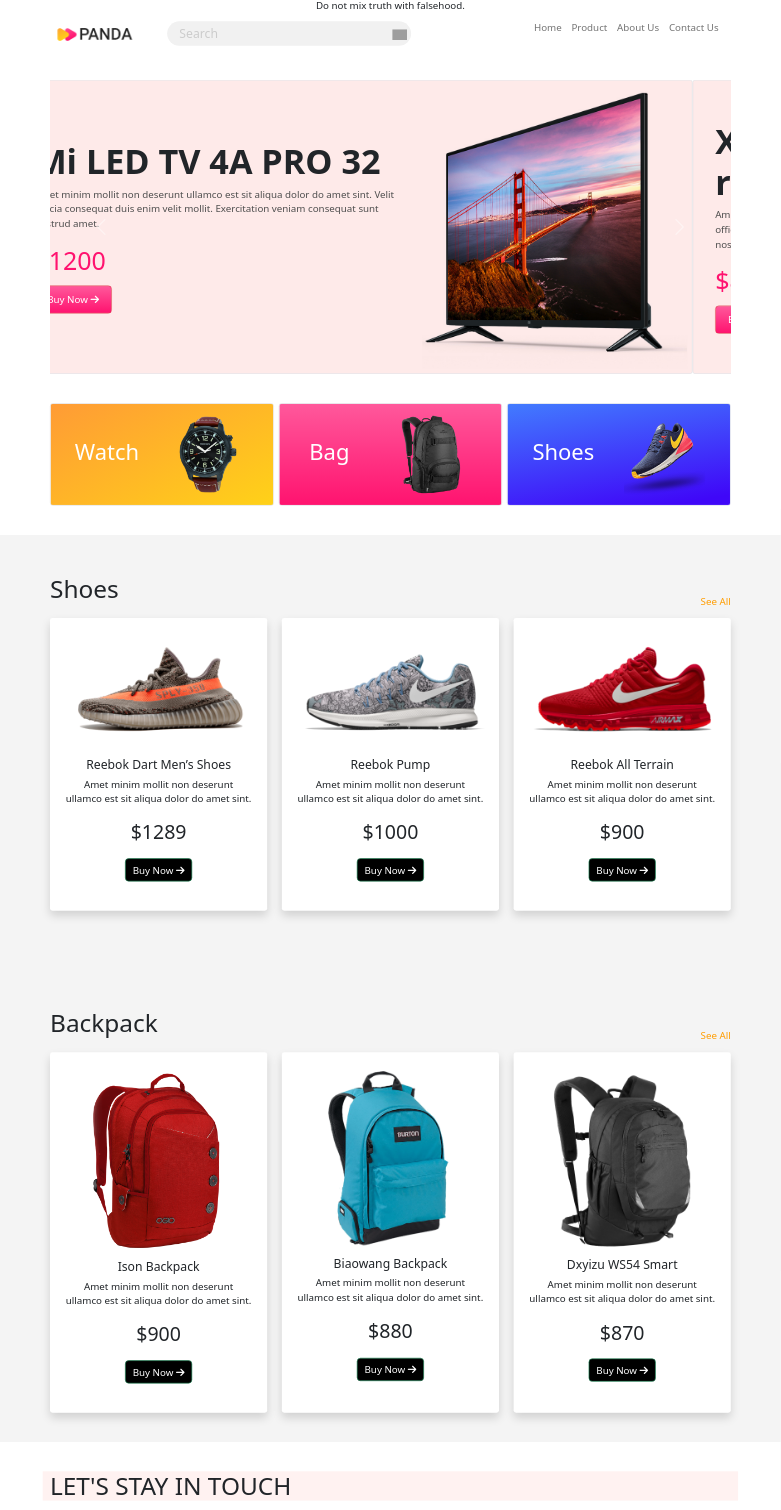
Repository: zjria/panda-e-commerce-
Page: index.html
An editor plug-in stored every save of this project. The page is shown before and after the next save, followed by the edit.
The browser window is 1280 px wide. The pictures show the whole page, at 61% of full size.
Pictures or frames that could not be fetched are drawn as grey boxes.

Above is the page before, as saved 2022-10-04 10:19:16.

After the next save:
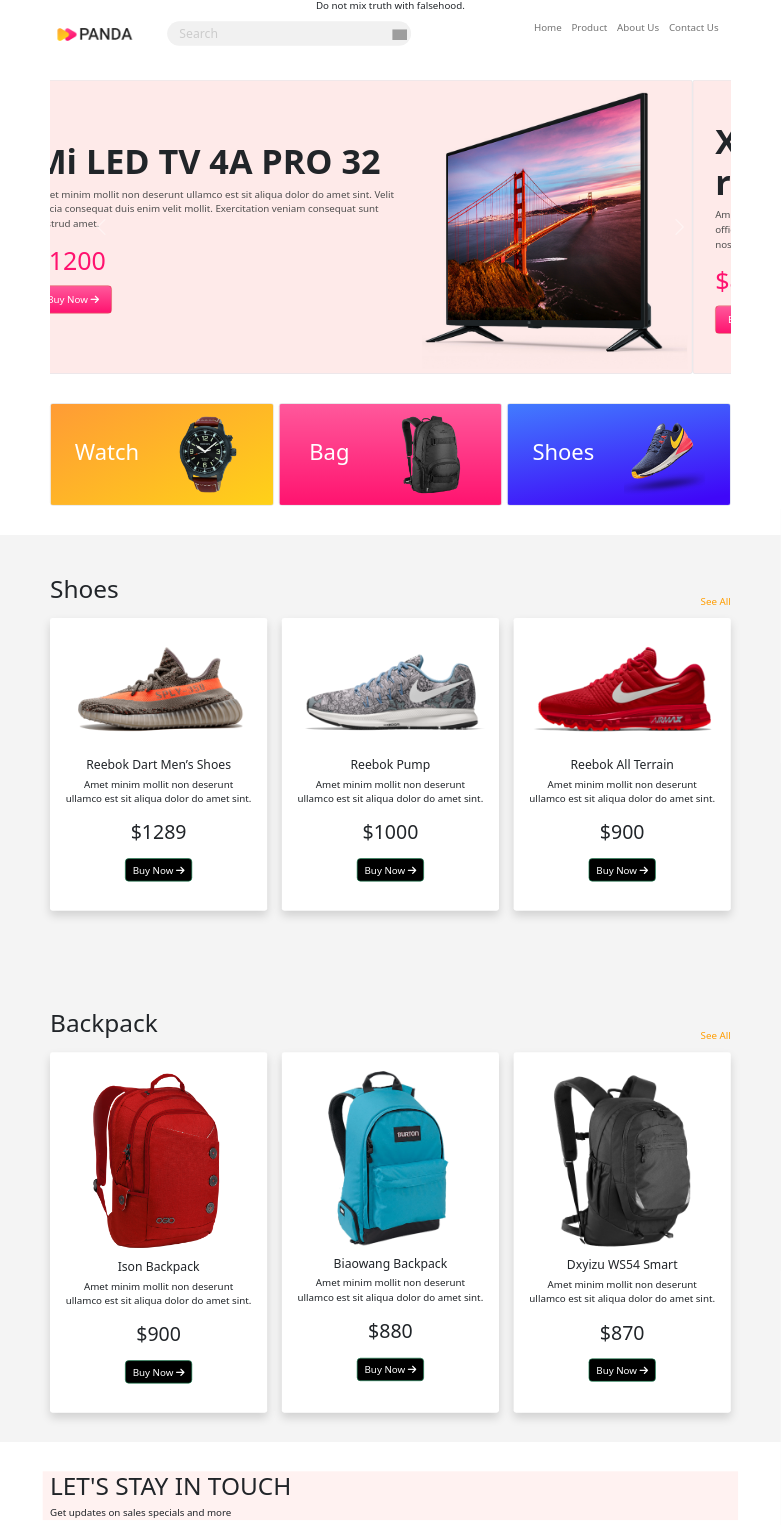
Saved 31 s later.
--- a/index.html
+++ b/index.html
@@ -268,8 +268,10 @@
 
     <!-- Footer Section Start -->
     <footer class="container footer-section">
-        <h1>LET'S STAY IN TOUCH</h1>
-        <p></p>
+        <div class="footer-text">
+            <h1>LET'S STAY IN TOUCH</h1>
+            <p>Get updates on sales specials and more</p>
+        </div>
 
     </footer>
 
